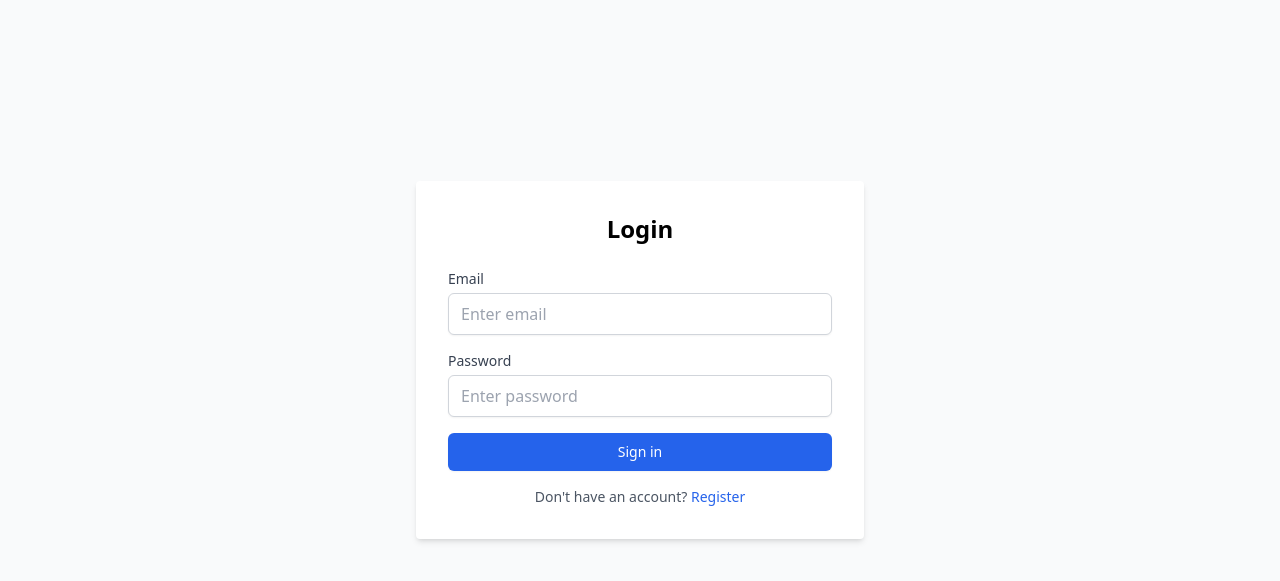
Repository: namandubey-0209/Todo
Page: / (app in frontend/)
An editor plug-in stored every save of this project. The page is shown before and after the next save, followed by the edit.
The browser window is 1280 px wide. The pictures show the whole page.
The page's requests for data from a server got no answer. The project was rebuilt for these pictures with package versions that can differ from the ones it lists, and the page was loaded fresh each time. No one was signed in, and anything a server would have sent is missing. Also part of the build but not shown: frontend/vite.config.js, frontend/src/api/todos.js, frontend/src/hooks/useTodos.js, frontend/src/components/todos/TodoForm.jsx, frontend/src/components/todos/TodoItem.jsx, frontend/src/components/todos/TodoList.jsx, frontend/src/pages/Dashboard.jsx, frontend/src/pages/Register.jsx.

Above is the page before, as saved 2025-04-06 12:32:25.

### frontend/index.html
<!doctype html>
<html lang="en">
  <head>
    <meta charset="UTF-8" />
    <link rel="icon" type="image/svg+xml" href="/vite.svg" />
    <meta name="viewport" content="width=device-width, initial-scale=1.0" />
    <title>Todo App</title>
    <link rel="preconnect" href="https://fonts.googleapis.com">
<link rel="preconnect" href="https://fonts.gstatic.com" crossorigin>
<link href="https://fonts.googleapis.com/css2?family=Inter:ital,opsz,wght@0,14..32,100..900;1,14..32,100..900&family=Press+Start+2P&display=swap" rel="stylesheet">
<link rel="stylesheet" href="https://cdnjs.cloudflare.com/ajax/libs/font-awesome/6.7.2/css/all.min.css" integrity="sha512-Evv84Mr4kqVGRNSgIGL/F/aIDqQb7xQ2vcrdIwxfjThSH8CSR7PBEakCr51Ck+w+/U6swU2Im1vVX0SVk9ABhg==" crossorigin="anonymous" referrerpolicy="no-referrer" />
  </head>
  <body>
    <div id="root"></div>
    <script type="module" src="/src/main.jsx"></script>
  </body>
</html>

### frontend/src/main.jsx
import React from 'react';
import ReactDOM from 'react-dom/client';
import App from './App';
import './styles/index.css';

ReactDOM.createRoot(document.getElementById('root')).render(
  <React.StrictMode>
    <App />
  </React.StrictMode>
);

### frontend/src/App.jsx
import { BrowserRouter, Routes, Route } from 'react-router-dom'
import { AuthProvider } from './context/AuthContext'
import Dashboard from './pages/Dashboard'
import Login from './pages/Login'
import Register from './pages/Register'
import ProtectedRoute from './pages/ProtectedRoute'

export default function App() {
  return (
    <AuthProvider>
      <BrowserRouter>
        <Routes>
          <Route path="/login" element={<Login />} />
          <Route path="/register" element={<Register />} />
          <Route element={<ProtectedRoute />}>
            <Route path="/" element={<Dashboard />} />
          </Route>
        </Routes>
      </BrowserRouter>
    </AuthProvider>
  )
}

### frontend/src/styles/index.css
@tailwind base;
@tailwind components;
@tailwind utilities;

/* Custom styles */
.todo-completed {
  @apply line-through text-gray-500;
}

### frontend/src/context/AuthContext.jsx
import { createContext, useState } from 'react';
import { login as apiLogin, register as apiRegister } from '../api/auth';

export const AuthContext = createContext();

export const AuthProvider = ({ children }) => {
  const [user, setUser] = useState(null);
  const [token, setToken] = useState(localStorage.getItem('token'));

  const login = async (email, password) => {
    try {
      const { data } = await apiLogin({ email, password }); // Make sure this matches your API response
      localStorage.setItem('token', data.token);
      setToken(data.token);
      setUser(data.user);
      return data; // Return the data for handling in the component
    } catch (error) {
      console.error('Login failed:', error);
      throw error; // Re-throw to handle in the component
    }
  };
  const register = async (username, email, password) => {
    const { token, user } = await apiRegister({ username, email, password });
    localStorage.setItem('token', token);
    setToken(token);
    setUser(user);
  };

  const logout = () => {
    localStorage.removeItem('token');
    setToken(null);
    setUser(null);
  };

  return (
    <AuthContext.Provider value={{ user, token, login, register, logout }}>
      {children}
    </AuthContext.Provider>
  );
};

### frontend/src/pages/Login.jsx
import { useState } from 'react';
import { useAuth } from '../hooks/useAuth';
import { useNavigate } from 'react-router-dom'; // Add this import
import AuthForm from '../components/auth/AuthForm';
import AuthToggle from '../components/auth/AuthToggle';

export default function Login() {
  const { login } = useAuth();
  const [error, setError] = useState('');
  const navigate = useNavigate(); // Add this hook

  const handleLogin = async (email, password) => {
    try {
      await login(email, password);
      navigate('/'); // Add this redirect after successful login
    } catch (err) {
      setError('Invalid email or password');
      console.error('Login error:', err); // Add error logging
    }
  };

  return (
    <div className="min-h-screen flex items-center justify-center bg-gray-50">
      <div className="bg-white p-8 rounded shadow-md w-full max-w-md">
        <h1 className="text-2xl font-bold mb-6 text-center">Login</h1>
        <AuthForm isLogin onSubmit={handleLogin} error={error} />
        <AuthToggle isLogin />
      </div>
    </div>
  );
}

### frontend/src/pages/ProtectedRoute.jsx
import { useAuth } from '../hooks/useAuth';
import { Navigate, Outlet } from 'react-router-dom';

export default function ProtectedRoute() {
  const { token } = useAuth();
  return token ? <Outlet /> : <Navigate to="/login" replace />;
}

### frontend/src/api/auth.js
import api from './axios'

export const register = (userData) => api.post('/auth/register', userData)
export const login = (credentials) => api.post('/auth/login', credentials)
export const logout = () => localStorage.removeItem('token')

### frontend/src/components/auth/AuthForm.jsx
import { useState } from 'react'

export default function AuthForm({ isLogin, onSubmit, error }) {
  const [formData, setFormData] = useState({
    username: '',
    email: '',
    password: ''
  })

  const handleSubmit = (e) => {
    e.preventDefault()
    if (isLogin) {
      onSubmit(formData.email, formData.password)
    } else {
      onSubmit(formData.username, formData.email, formData.password)
    }
  }

  return (
    <form onSubmit={handleSubmit} className="space-y-4">
      {!isLogin && (
        <div>
          <label className="block text-sm font-medium text-gray-700">Username</label>
          <input
            type="text"
            placeholder="Enter username"
            value={formData.username}
            onChange={(e) => setFormData({...formData, username: e.target.value})}
            className="mt-1 block w-full px-3 py-2 border border-gray-300 rounded-md shadow-sm focus:outline-none focus:ring-blue-500 focus:border-blue-500"
            required
          />
        </div>
      )}

      <div>
        <label className="block text-sm font-medium text-gray-700">Email</label>
        <input
          type="email"
          placeholder="Enter email"
          value={formData.email}
          onChange={(e) => setFormData({...formData, email: e.target.value})}
          className="mt-1 block w-full px-3 py-2 border border-gray-300 rounded-md shadow-sm focus:outline-none focus:ring-blue-500 focus:border-blue-500"
          required
        />
      </div>

      <div>
        <label className="block text-sm font-medium text-gray-700">Password</label>
        <input
          type="password"
          placeholder="Enter password"
          value={formData.password}
          onChange={(e) => setFormData({...formData, password: e.target.value})}
          className="mt-1 block w-full px-3 py-2 border border-gray-300 rounded-md shadow-sm focus:outline-none focus:ring-blue-500 focus:border-blue-500"
          required
        />
      </div>

      {error && <p className="text-red-500 text-sm">{error}</p>}

      <button
        type="submit"
        className="w-full flex justify-center py-2 px-4 border border-transparent rounded-md shadow-sm text-sm font-medium text-white bg-blue-600 hover:bg-blue-700 focus:outline-none focus:ring-2 focus:ring-offset-2 focus:ring-blue-500"
      >
        {isLogin ? 'Sign in' : 'Register'}
      </button>
    </form>
  )
}

### frontend/src/components/auth/AuthToggle.jsx
import { Link } from 'react-router-dom'

export default function AuthToggle({ isLogin }) {
  return (
    <p className="mt-4 text-center text-sm text-gray-600">
      {isLogin ? (
        <>Don't have an account? <Link to="/register" className="font-medium text-blue-600 hover:text-blue-500">Register</Link></>
      ) : (
        <>Already have an account? <Link to="/login" className="font-medium text-blue-600 hover:text-blue-500">Login</Link></>
      )}
    </p>
  )
}

### frontend/src/api/axios.js
import axios from 'axios'

const api = axios.create({
  baseURL: import.meta.env.VITE_API_URL || 'http://localhost:5000/api'
})

api.interceptors.request.use(config => {
  const token = localStorage.getItem('token')
  if (token) config.headers.Authorization = `Bearer ${token}`
  return config
})

api.interceptors.response.use(
  response => response,
  error => {
    if (error.response?.status === 401) {
      localStorage.removeItem('token')
      window.location.href = '/login'
    }
    return Promise.reject(error)
  }
)

export default api

### frontend/tailwind.config.js
module.exports = {
    content: [
      "./index.html",
      "./src/**/*.{js,ts,jsx,tsx}", // Adjust if your files are elsewhere
    ],
    theme: {
      extend: {},
    },
    plugins: [],
  }

Loaded but not shown: frontend/src/hooks/useAuth.js (common file)

After the next save:
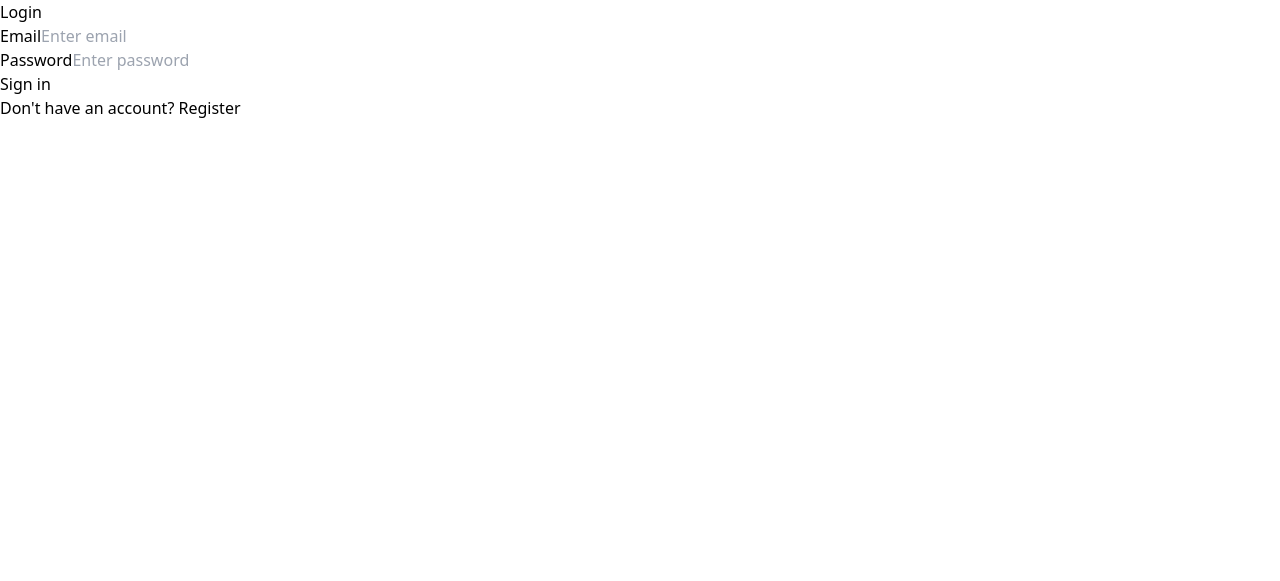
Saved 7 s later.
--- a/frontend/tailwind.config.js
+++ b/frontend/tailwind.config.js
@@ -1,10 +1,8 @@
-module.exports = {
-    content: [
-      "./index.html",
-      "./src/**/*.{js,ts,jsx,tsx}", // Adjust if your files are elsewhere
-    ],
-    theme: {
-      extend: {},
-    },
-    plugins: [],
-  }
+export const content = [
+    "./index.html",
+    "./src/**/*.{js,ts,jsx,tsx}", // Adjust if your files are elsewhere
+];
+export const theme = {
+    extend: {},
+};
+export const plugins = [];
